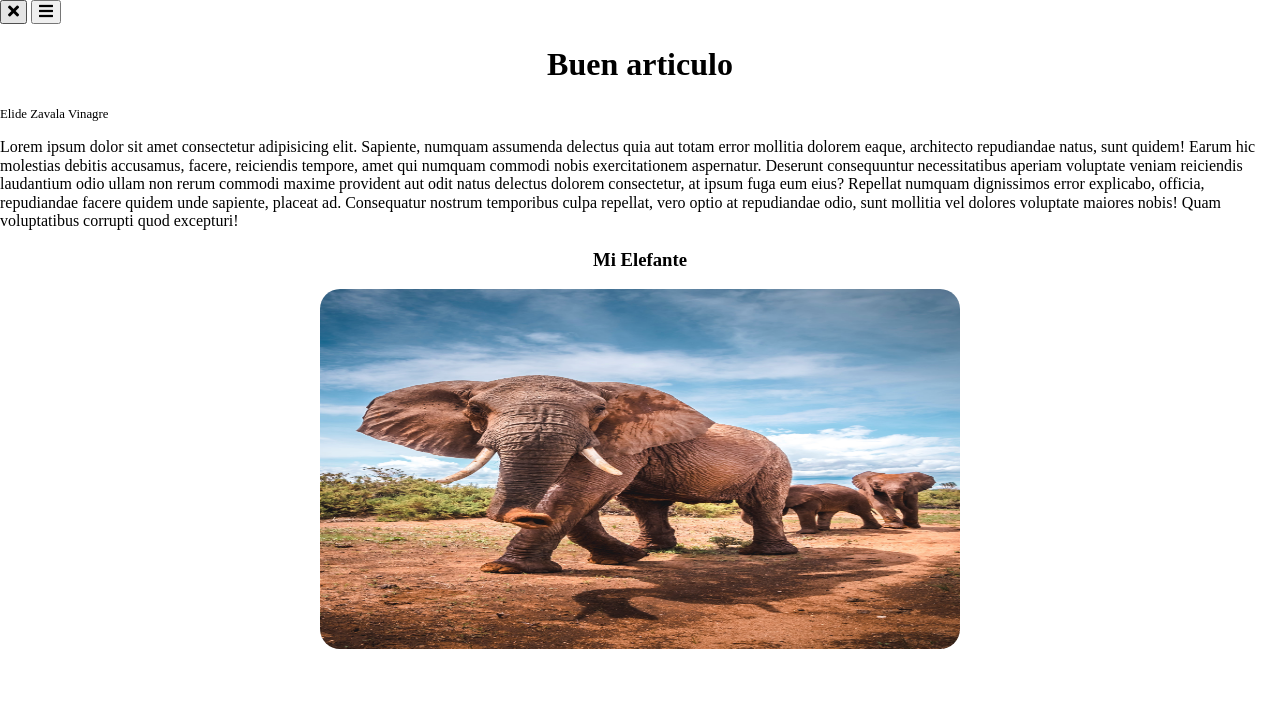
Repository: ElideZavala/Navagacion-en-rotacion
Page: index.html
An editor plug-in stored every save of this project. The page is shown before and after the next save, followed by the edit.
The browser window is 1280 px wide. The pictures show the whole page.

Above is the page before, as saved 2021-05-29 08:05:18.

After the next save:
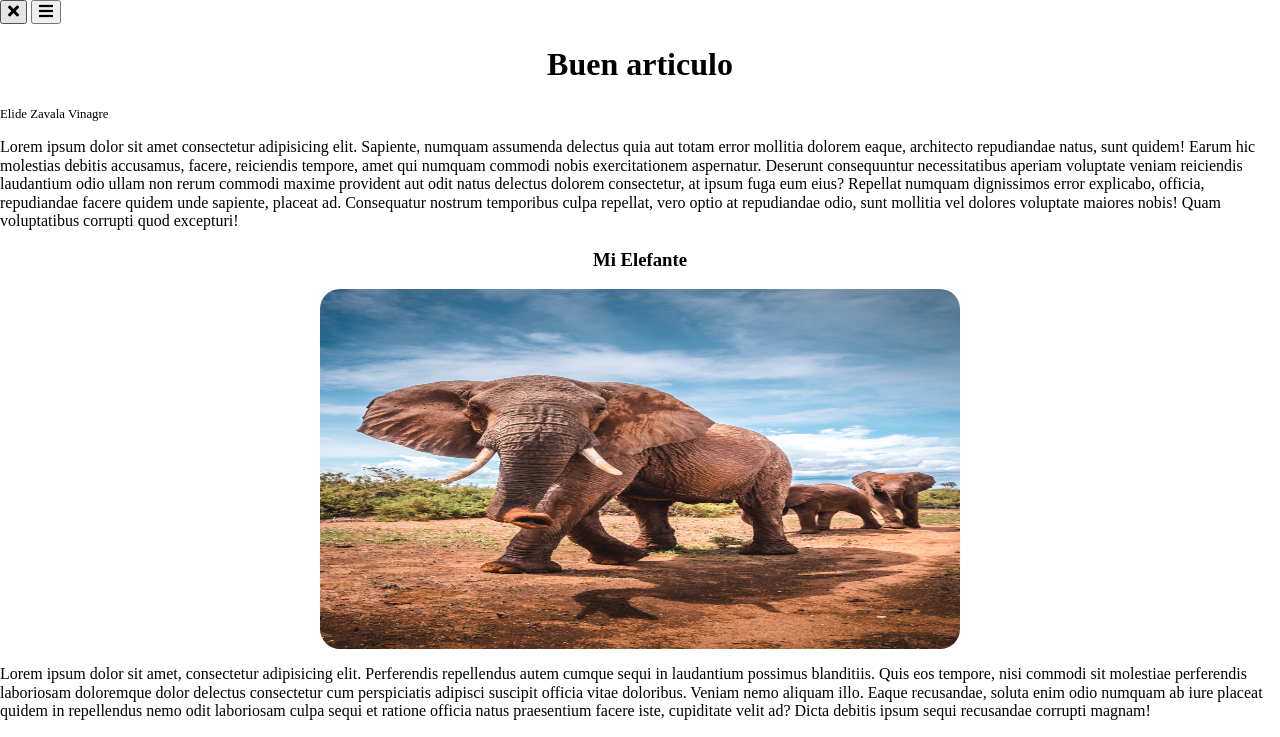
Saved 21 s later.
--- a/index.html
+++ b/index.html
@@ -29,6 +29,7 @@
 
 			<h3 class="title">Mi Elefante</h3>
 			<img class="img" src="./Elefante.jpg" alt="Elefante">
+			<p>Lorem ipsum dolor sit amet, consectetur adipisicing elit. Perferendis repellendus autem cumque sequi in laudantium possimus blanditiis. Quis eos tempore, nisi commodi sit molestiae perferendis laboriosam doloremque dolor delectus consectetur cum perspiciatis adipisci suscipit officia vitae doloribus. Veniam nemo aliquam illo. Eaque recusandae, soluta enim odio numquam ab iure placeat quidem in repellendus nemo odit laboriosam culpa sequi et ratione officia natus praesentium facere iste, cupiditate velit ad? Dicta debitis ipsum sequi recusandae corrupti magnam!</p>
 		</div>
 	</div>
 
